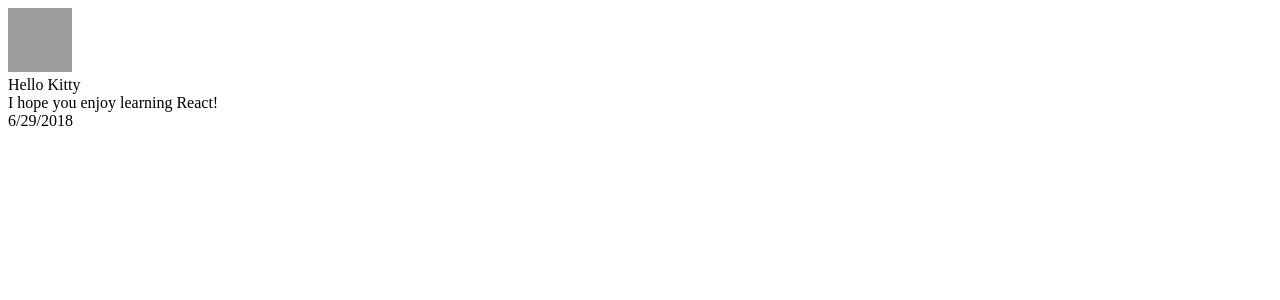
Repository: glgeorgiou/100-days-of-code-projects
Page: Front End Libraries Certification/4.React/react-test.html
The author's editor kept a copy of each file at every save. The page is drawn from the files as they stood at one save, then again after the next save.
The browser window is 1280 px wide. The pictures show the whole page.
Pictures or frames that could not be fetched are drawn as grey boxes. Some web libraries are served in a nearby version.

Above is the page before, as saved 2019-06-10 11:35:53.

### Front End Libraries Certification/4.React/react-test.html
<!DOCTYPE html>
<html>
  <head>
    <meta charset="UTF-8" />
    <title>Add React in One Minute</title>
  </head>
  <body>


    <!-- Load React. -->
    <!-- Note: when deploying, replace "development.js" with "production.min.js". -->
    <script src="https://unpkg.com/react@16/umd/react.development.js" crossorigin></script>
    <script src="https://unpkg.com/react-dom@16/umd/react-dom.development.js" crossorigin></script>
    <script src="https://unpkg.com/babel-standalone@6/babel.min.js"></script>

    <div id="root"></div>

    <script type="text/babel">

          function formatDate(date) {
            return date.toLocaleDateString();
          }

          function Comment(props) {
            return (
              <div className="Comment">
                <div className="UserInfo">
                  <img
                    className="Avatar"
                    src={props.author.avatarUrl}
                    alt={props.author.name}
                  />
                  <div className="UserInfo-name">
                    {props.author.name}
                  </div>
                </div>
                <div className="Comment-text">{props.text}</div>
                <div className="Comment-date">
                  {formatDate(props.date)}
                </div>
              </div>
            );
          }

          const comment = {
            date: new Date(),
            text: 'I hope you enjoy learning React!',
            author: {
              name: 'Hello Kitty',
              avatarUrl: 'https://placekitten.com/g/64/64',
            },
          };
          ReactDOM.render(
            <Comment
              date={comment.date}
              text={comment.text}
              author={comment.author}
            />,
            document.getElementById('root')
          );


       // ReactDOM.render(element, document.getElementById('challenge-node'));
    </script>
  </body>
</html>

After the next save:
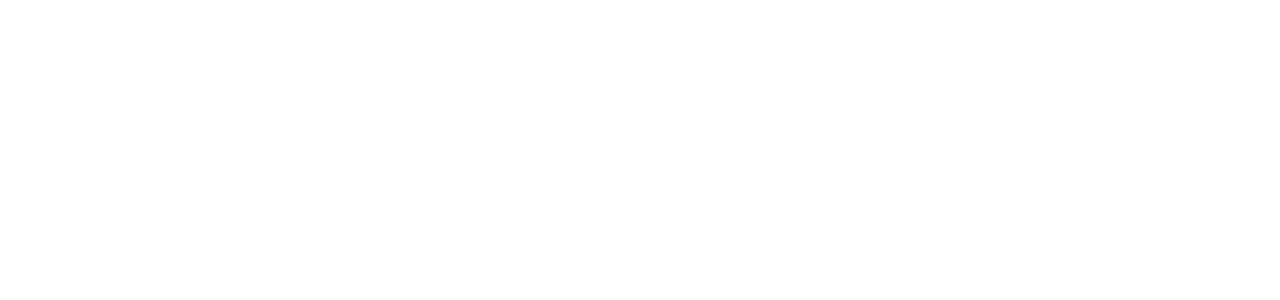
Console error: ReferenceError: comment is not defined
Saved 2 min 35 s later.
--- a/Front End Libraries Certification/4.React/react-test.html
+++ b/Front End Libraries Certification/4.React/react-test.html
@@ -42,7 +42,7 @@
             );
           }
 
-          const comment = {
+          const comments = {
             date: new Date(),
             text: 'I hope you enjoy learning React!',
             author: {

After the save that followed:
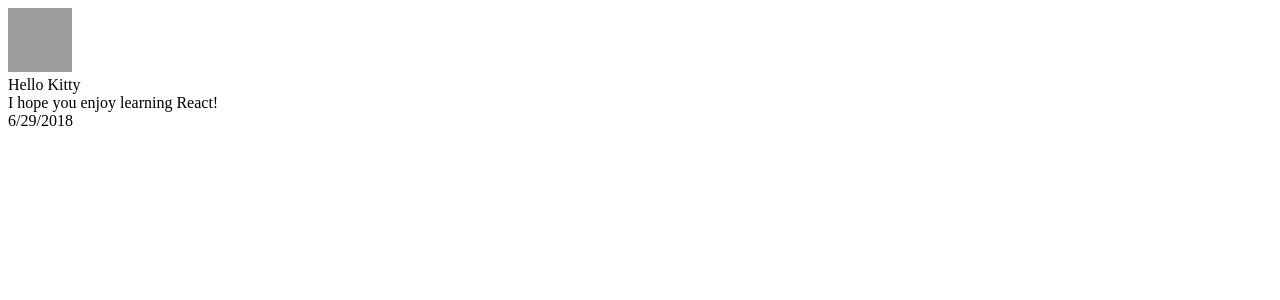
The error is gone.
Saved 8 s later.
--- a/Front End Libraries Certification/4.React/react-test.html
+++ b/Front End Libraries Certification/4.React/react-test.html
@@ -42,7 +42,7 @@
             );
           }
 
-          const comments = {
+          const comment = {
             date: new Date(),
             text: 'I hope you enjoy learning React!',
             author: {
